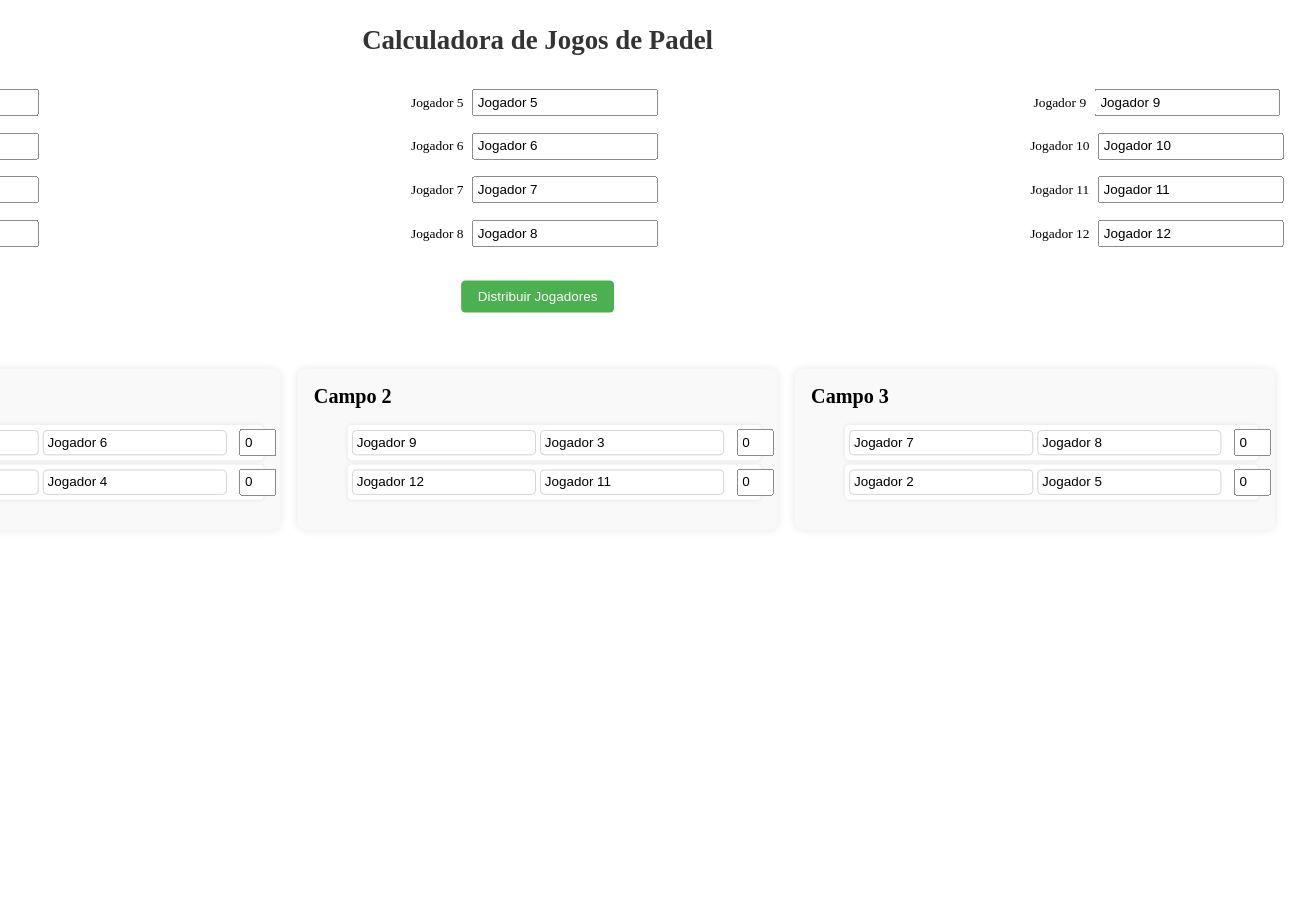
Repository: MarcioMiguel22/PadelMaster
Page: /calculadora, after clicking the first element matching `button.distribute-button`
An editor plug-in stored every save of this project. The page is shown before and after the next save, followed by the edit.
The browser window is 1280 px wide. The page is 1528 px wide, then 1551 px, so the pictures cover 1551 px, including what lies to the right of the window. The pictures show the whole page, at 84% of full size.
The project was rebuilt for these pictures with package versions that can differ from the ones it lists, and the page was loaded fresh each time. Also part of the build but not shown: vite.config.ts, src/pages/Home/Home.tsx, src/index.css.

Above is the page before, as saved 2024-06-14 09:14:28.

### src/main.tsx
///home/marciomiguel/code/MarcioMiguel22/Sites/PadelMaster/src/main.tsx
import { render } from 'react-dom';
import { StrictMode } from 'react';
import App from './App';
import './index.css';

const root = document.getElementById('root')!;
render(
  <StrictMode>
    <App />
  </StrictMode>,
  root
);

### src/App.tsx

///home/marciomiguel/code/MarcioMiguel22/Sites/PadelMaster/src/App.tsx

import { BrowserRouter, Routes, Route } from 'react-router-dom';
import Home from './pages/Home/Home';
import Calculadora from './pages/Calculadora/Calculadora';

function App() {
  return (
    <BrowserRouter>
      <Routes>
        <Route path="/" element={<Home />} />
        <Route path="/calculadora" element={<Calculadora />} /> // Wrap Calculadora component with curly braces
      </Routes>
    </BrowserRouter>
  );
}

export default App

### src/pages/Calculadora/Calculadora.tsx
import React, { useState } from 'react';
import './Calculadora.css';

type Jogador = {
  id: number;
  nome: string;
  vitorias: number;
  pontos: number;
};

type Time = {
  jogadores: Jogador[];
  resultado: number;
};

type Campo = {
  id: number;
  times: Time[];
};

const jogadoresIniciais: Jogador[] = Array.from({ length: 12 }, (_, i) => ({
  id: i + 1,
  nome: `Jogador ${i + 1}`,
  vitorias: 0,
  pontos: 0,
}));

const embaralharArray = <T,>(array: T[]): T[] => {
  const copiaArray = [...array];
  for (let i = copiaArray.length - 1; i > 0; i--) {
    const j = Math.floor(Math.random() * (i + 1));
    [copiaArray[i], copiaArray[j]] = [copiaArray[j], copiaArray[i]];
  }
  return copiaArray;
};

const criarTimes = (jogadores: Jogador[]): Time[] => {
  const jogadoresEmbaralhados = embaralharArray(jogadores);
  const times: Time[] = [];
  for (let i = 0; i < jogadoresEmbaralhados.length; i += 2) {
    times.push({ jogadores: jogadoresEmbaralhados.slice(i, i + 2), resultado: 0 });
  }
  return times;
};

const criarCampos = (times: Time[]): Campo[] => [
  { id: 1, times: times.slice(0, 2) },
  { id: 2, times: times.slice(2, 4) },
  { id: 3, times: times.slice(4, 6) },
];

const separarDuplas = (jogadores: Jogador[]): Jogador[] => {
  const separados: Jogador[] = [];
  while (jogadores.length) {
    const [jogador1, jogador2] = jogadores.splice(0, 2);
    separados.push(jogador1);
    if (jogador2) separados.push(jogador2);
  }
  return separados;
};

const criarNovasDuplas = (vencedores: Jogador[], perdedores: Jogador[]): Jogador[] => {
  const todosJogadores = separarDuplas([...vencedores, ...perdedores]);
  const novasDuplas: Jogador[] = [];

  for (let i = 0; i < todosJogadores.length; i += 2) {
    novasDuplas.push(todosJogadores[i]);
    novasDuplas.push(todosJogadores[i + 1]);
  }

  return novasDuplas;
};

const CalculadoraApp: React.FC = () => {
  const [jogadores, setJogadores] = useState<Jogador[]>(jogadoresIniciais);
  const [jogos, setJogos] = useState<Campo[][]>([]);

  const handleNomeChange = (id: number, novoNome: string) => {
    setJogadores(jogadores.map(jogador =>
      jogador.id === id ? { ...jogador, nome: novoNome } : jogador
    ));
  };

  const handleResultadoChange = (jogoIndex: number, campoId: number, timeIndex: number, novoResultado: number) => {
    setJogos(jogos.map((jogo, idx) =>
      idx === jogoIndex
        ? jogo.map(campo =>
            campo.id === campoId
              ? {
                  ...campo,
                  times: campo.times.map((time, index) =>
                    index === timeIndex ? { ...time, resultado: novoResultado } : time
                  ),
                }
              : campo
          )
        : jogo
    ));
  };

  const handleNomeEdit = (jogoIndex: number, campoId: number, timeIndex: number, jogadorIndex: number, novoNome: string) => {
    setJogos(jogos.map((jogo, idx) =>
      idx === jogoIndex
        ? jogo.map(campo =>
            campo.id === campoId
              ? {
                  ...campo,
                  times: campo.times.map((time, tIdx) =>
                    tIdx === timeIndex
                      ? {
                          ...time,
                          jogadores: time.jogadores.map((jogador, jIdx) =>
                            jIdx === jogadorIndex ? { ...jogador, nome: novoNome } : jogador
                          ),
                        }
                      : time
                  ),
                }
              : campo
          )
        : jogo
    ));
  };

  const distribuirJogadores = () => {
    const times = criarTimes(jogadores);
    const novosCampos = criarCampos(times);
    setJogos([novosCampos]);
  };

  const iniciarProximoJogo = () => {
    const ultimoJogo = jogos[jogos.length - 1];
    const novosCampos: Campo[] = [
      { id: 1, times: [] },
      { id: 2, times: [] },
      { id: 3, times: [] },
    ];

    ultimoJogo.forEach(campo => {
      if (campo.times.length === 2) {
        const [time1, time2] = campo.times;
        const vencedores = time1.resultado > time2.resultado ? time1.jogadores : time2.jogadores;
        const perdedores = time1.resultado > time2.resultado ? time2.jogadores : time1.jogadores;

        const margemVitoria = Math.abs(time1.resultado - time2.resultado);

        vencedores.forEach(jogador => {
          jogador.vitorias += 1;
          jogador.pontos += margemVitoria;
        });

        const jogadoresSeparados = criarNovasDuplas(vencedores, perdedores);

        if (campo.id === 1) {
          novosCampos[0].times.push({ jogadores: [jogadoresSeparados[0], jogadoresSeparados[1]], resultado: 0 });
          novosCampos[1].times.push({ jogadores: [jogadoresSeparados[2], jogadoresSeparados[3]], resultado: 0 });
        } else if (campo.id === 2) {
          novosCampos[0].times.push({ jogadores: [jogadoresSeparados[0], jogadoresSeparados[1]], resultado: 0 });
          novosCampos[2].times.push({ jogadores: [jogadoresSeparados[2], jogadoresSeparados[3]], resultado: 0 });
        } else if (campo.id === 3) {
          novosCampos[1].times.push({ jogadores: [jogadoresSeparados[0], jogadoresSeparados[1]], resultado: 0 });
          novosCampos[2].times.push({ jogadores: [jogadoresSeparados[2], jogadoresSeparados[3]], resultado: 0 });
        }
      }
    });

    setJogos([...jogos, novosCampos]);
  };

  const getTeamClass = (campo: Campo, timeIndex: number): string => {
    if (campo.times.length < 2) return '';
    const resultadoAtual = campo.times[timeIndex].resultado;
    const resultadoOponente = campo.times[1 - timeIndex]?.resultado;
    if (resultadoAtual > resultadoOponente) return 'team vencedor';
    if (resultadoAtual < resultadoOponente) return 'team perdedor';
    return 'team';
  };

  const scrollToTop = () => {
    window.scrollTo({ top: 0, behavior: 'smooth' });
  };

  const jogadoresClassificados = [...jogadores].sort((a, b) => {
    if (b.vitorias === a.vitorias) {
      return b.pontos - a.pontos;
    }
    return b.vitorias - a.vitorias;
  });

  return (
    <div className="calculadora-container">
      <h1>Calculadora de Jogos de Padel</h1>
      <div className="main-content">
        <div className="jogadores-lista">
          <div className="jogadores-coluna">
            {jogadores.slice(0, 4).map(jogador => (
              <div key={jogador.id} className="jogador-item">
                <label>{`Jogador ${jogador.id}`}</label>
                <input
                  type="text"
                  value={jogador.nome}
                  onChange={(e) => handleNomeChange(jogador.id, e.target.value)}
                />
              </div>
            ))}
          </div>
          <div className="jogadores-coluna">
            {jogadores.slice(4, 8).map(jogador => (
              <div key={jogador.id} className="jogador-item">
                <label>{`Jogador ${jogador.id}`}</label>
                <input
                  type="text"
                  value={jogador.nome}
                  onChange={(e) => handleNomeChange(jogador.id, e.target.value)}
                />
              </div>
            ))}
          </div>
          <div className="jogadores-coluna">
            {jogadores.slice(8, 12).map(jogador => (
              <div key={jogador.id} className="jogador-item">
                <label>{`Jogador ${jogador.id}`}</label>
                <input
                  type="text"
                  value={jogador.nome}
                  onChange={(e) => handleNomeChange(jogador.id, e.target.value)}
                />
              </div>
            ))}
          </div>
        </div>
        <div className="fields-container">
          <button onClick={distribuirJogadores} className="distribute-button">Distribuir Jogadores</button>
          {jogos.map((jogo, jogoIndex) => (
            <div key={jogoIndex} className="jogo">
              <h2>Resultados Jogo {jogoIndex + 1}</h2>
              <div className="campos">
                {jogo.map(campo => (
                  <div key={campo.id} className="field">
                    <h2>Campo {campo.id}</h2>
                    <ul>
                      {campo.times.map((time, idx) => (
                        <li key={idx} className={getTeamClass(campo, idx)}>
                          <div>
                            {time.jogadores.map((jogador, jogadorIndex) => (
                              <span key={jogador.id}>
                                <input
                                  type="text"
                                  value={jogador.nome}
                                  onChange={(e) => handleNomeEdit(jogoIndex, campo.id, idx, jogadorIndex, e.target.value)}
                                  className="jogador-input"
                                />
                                {jogadorIndex === 0 ? '  ' : ''}
                              </span>
                            ))}
                            <input
                              type="number"
                              value={time.resultado}
                              onChange={(e) => handleResultadoChange(jogoIndex, campo.id, idx, parseInt(e.target.value))}
                              className="resultado-input"
                            />
                          </div>
                        </li>
                      ))}
                    </ul>
                  </div>
                ))}
              </div>
            </div>
          ))}
        </div>
        {jogos.length > 0 && jogos.length < 5 && (
          <button onClick={iniciarProximoJogo} className="distribute-button">Jogo {jogos.length + 1}</button>
        )}
        <button onClick={scrollToTop} className="scroll-to-top">Ir para o topo</button>
        <div className="ranking-container">
          <h2>Ranking dos Jogadores</h2>
          <ul>
            {jogadoresClassificados.map((jogador) => (
              <li key={jogador.id}>
                {jogador.nome} - Vitórias: {jogador.vitorias}, Pontos: {jogador.pontos}
              </li>
            ))}
          </ul>
        </div>
      </div>
    </div>
  );
};

export default CalculadoraApp;

### src/pages/Home/Home.module.css
.padel-container {
  text-align: center;
  background-color: white;
  padding: 20px;
  border-radius: 10px;
  box-shadow: 0 0 10px rgba(0, 0, 0, 0.1);
}

h1 {
  color: #333;
  margin-bottom: 20px;
}

.padel-image {
  max-width: 50%;
  height: auto;
  border-radius: 10px;
  margin-bottom: 20px;
}

.enter-button {
  background-image: url('../../assets/images/tennis-ball.png'); /* Ensure the path is correct */
  background-size: cover;
  background-position: center;
  background-repeat: no-repeat;
  width: 60px;
  height: 60px;
  border: none;
  border-radius: 50%;
  cursor: pointer;
  padding: 0;
}

.enter-button:hover {
  transform: scale(1.1);
}

### src/pages/Calculadora/Calculadora.css
.calculadora-container {
  /* padding: 20px;
  text-align: center; */
  display: flex;
  flex-direction: column;
  align-items: center;
  gap: 20px;
}

.main-content {
  /* display: flex;
  flex-direction: column;
  align-items: center;*/
  gap: 20px;
}

.jogadores-lista {
  display: flex;
  flex-direction: row;
  justify-content: space-between;
  gap: 40px;
  /* margin-bottom: 20px; */

}

.jogadores-coluna {
  display: flex;
  flex-direction: column;
  align-items: center;
  gap: 10px;
}

.jogador-item {
  display: flex;
  align-items: center;
  margin-bottom: 10px;
}

.jogador-item label {
  margin-right: 10px;
}

.jogador-item input {
  padding: 5px;
  font-size: 16px;
}

.jogador-input {
  margin-right: 5px;
  padding: 5px;
  font-size: 16px;
  border: 1px solid #ccc;
  border-radius: 5px;
}

.distribute-button, .scroll-to-top {
  background-color: #4CAF50;
  color: white;
  padding: 10px 20px;
  border: none;
  border-radius: 5px;
  cursor: pointer;
  font-size: 16px;
  margin-top: 10px;
}

.distribute-button:hover, .scroll-to-top:hover {
  background-color: #45a049;
}

.fields-container {
  display: flex;
  flex-direction: column;
  align-items: center;
  margin-top: 20px;
}

.jogo {
  margin-bottom: 40px;
}

.campos {
  display: flex;
  justify-content: space-around;
}

.field {
  background-color: #f9f9f9;
  padding: 20px;
  border-radius: 10px;
  box-shadow: 0 0 10px rgba(0, 0, 0, 0.1);
  width: 30%;
}

.field h2 {
  margin-top: 0;
}

.team {
  list-style-type: none;
  padding: 5px;
  background-color: #fff;
  margin: 5px 0;
  border-radius: 5px;
  box-shadow: 0 0 5px rgba(0, 0, 0, 0.1);
}

.team.vencedor {
  background-color: #d4edda; /* Verde claro */
}

.team.perdedor {
  background-color: #f8d7da; /* Vermelho claro */
}

.team div {
  display: flex;
  align-items: center;
}

.team input.resultado-input {
  margin-left: 10px;
  width: 30px;
  padding: 5px;
  font-size: 16px;
}

.ranking-container {
  margin-top: 40px;
}

.ranking-container h2 {
  margin-bottom: 10px;
}

.ranking-container ul {
  list-style-type: none;
  padding: 0;
}

.ranking-container li {
  margin: 5px 0;
}

Loaded but not shown: index.html (common file)

After the next save:
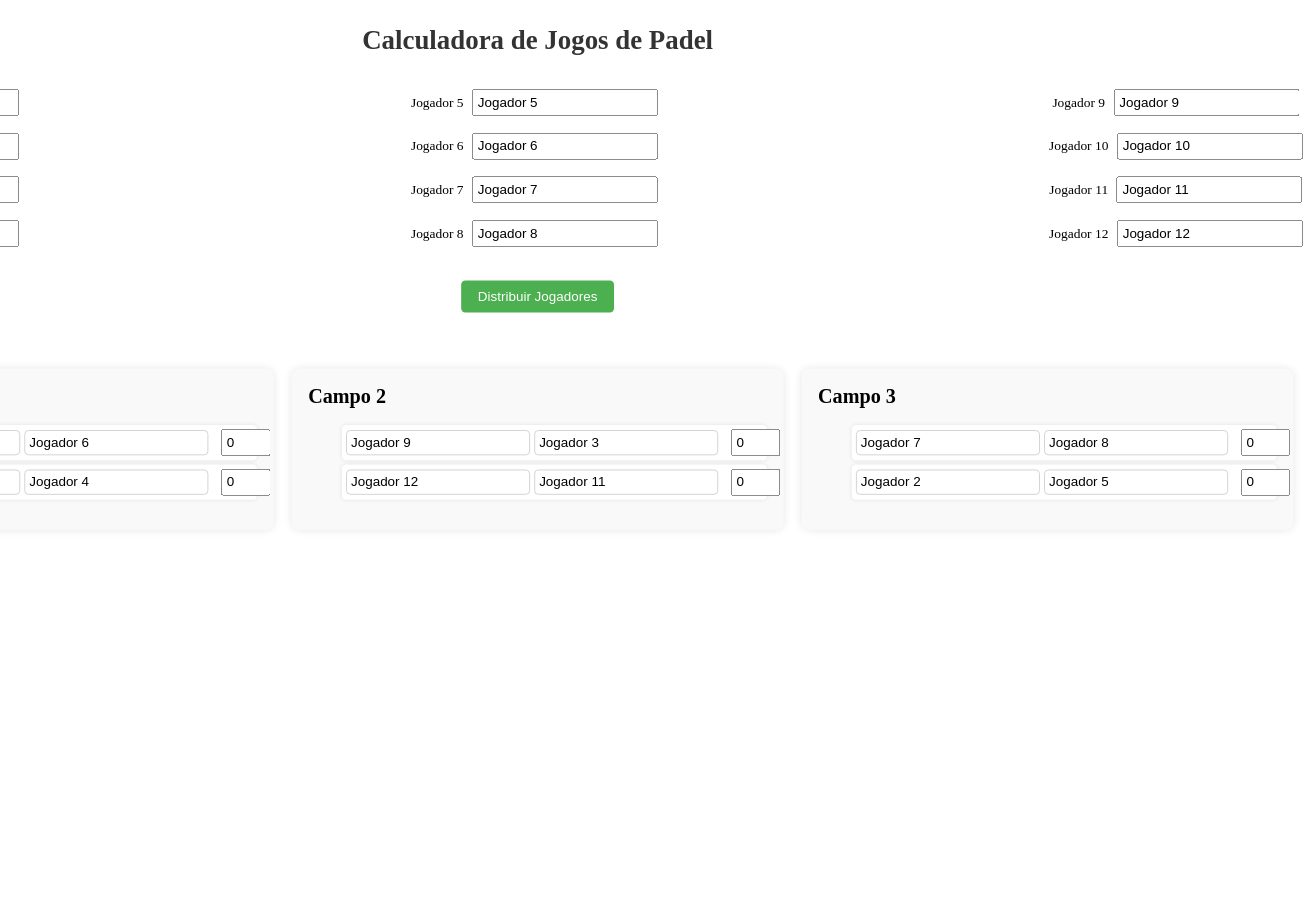
Saved 15 s later.
--- a/src/pages/Calculadora/Calculadora.css
+++ b/src/pages/Calculadora/Calculadora.css
@@ -120,7 +120,7 @@
 
 .team input.resultado-input {
   margin-left: 10px;
-  width: 30px;
+  width: 45px;
   padding: 5px;
   font-size: 16px;
 }
